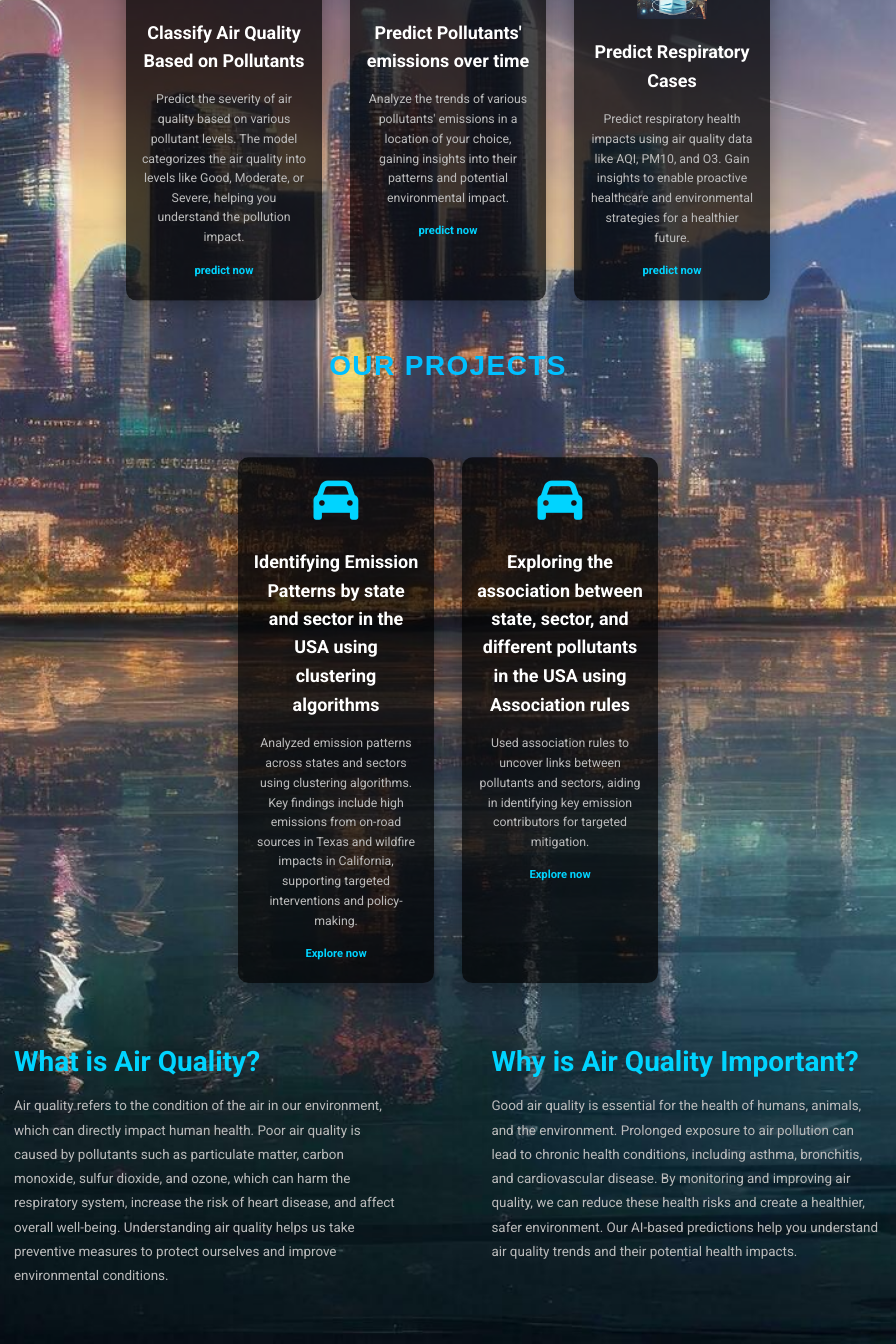
Repository: aminemnif/air-quality
Page: home/templates/home/index.html
The author's editor kept a copy of each file at every save. The page is drawn from the files as they stood at one save, then again after a run of saves.
The browser window is 1280 px wide. The pictures show the part of the page from y = 1566 to 3486 px (the page is 3486 px tall), at 70% of full size.
The template is drawn by Django 5.2. The application's start-up code is not run. The template is opened directly, without the code that normally fills it, so the values that code supplies are empty.

Above is the page before, as saved 2025-01-11 20:57:21.

After the next 2 saves:
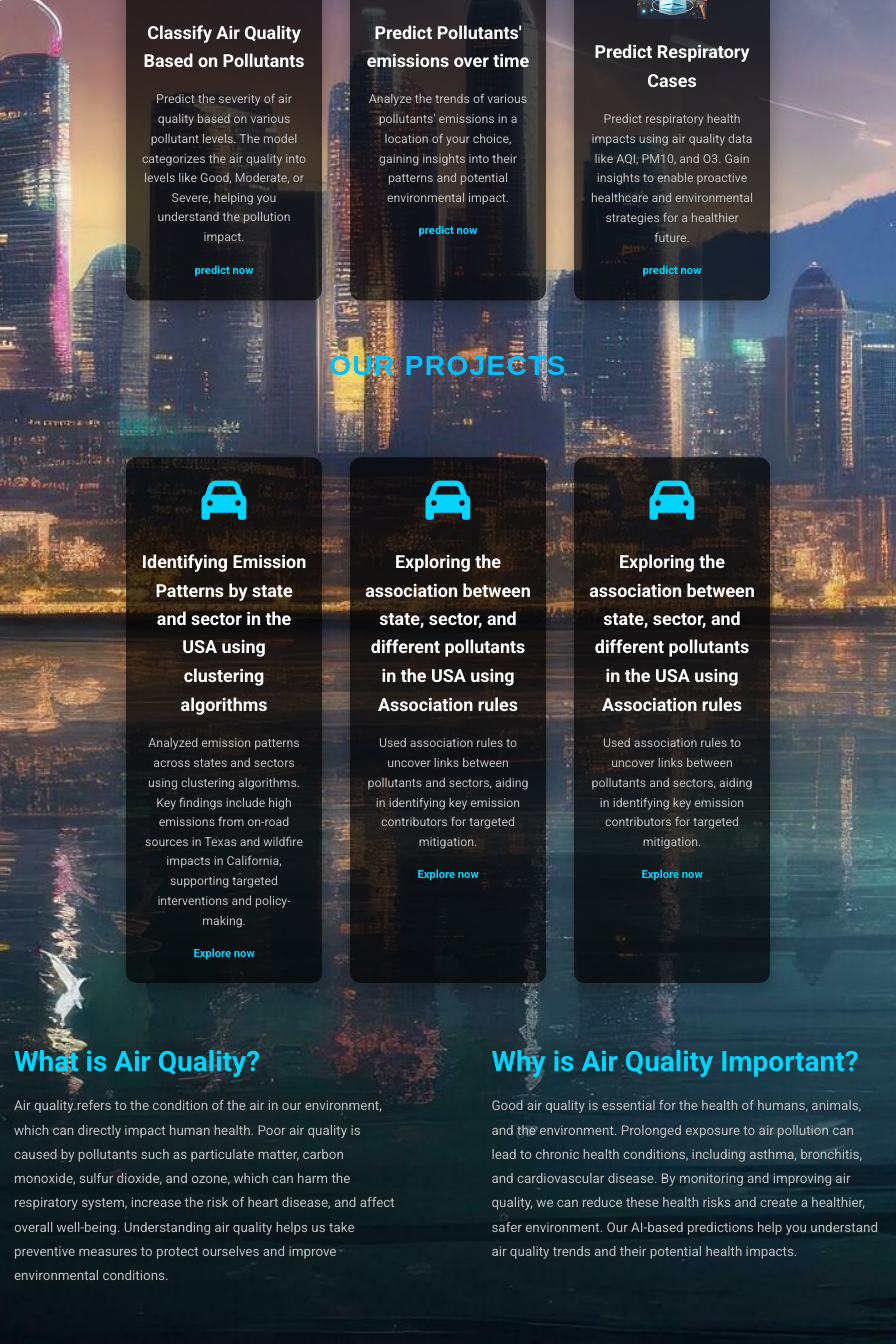
The 2 saves are shown as one change because they came seconds apart.
The last was saved 2 min 19 s later.
--- a/home/templates/home/index.html
+++ b/home/templates/home/index.html
@@ -316,6 +316,14 @@
             <p>Used association rules to uncover links between pollutants and sectors, aiding in identifying key emission contributors for targeted mitigation.</p>
             <a href="{% url 'association_detail' %}">Explore now</a>
         </div>
+
+
+        <div class="section-card animate__animated animate__fadeInRight">
+            <i class="fas fa-car"></i>
+            <h3>Exploring the association between state, sector, and different pollutants in the USA using Association rules </h3>
+            <p>Used association rules to uncover links between pollutants and sectors, aiding in identifying key emission contributors for targeted mitigation.</p>
+            <a href="{% url 'association_detail' %}">Explore now</a>
+        </div>
     </div>
 
     <div class="info-section">
